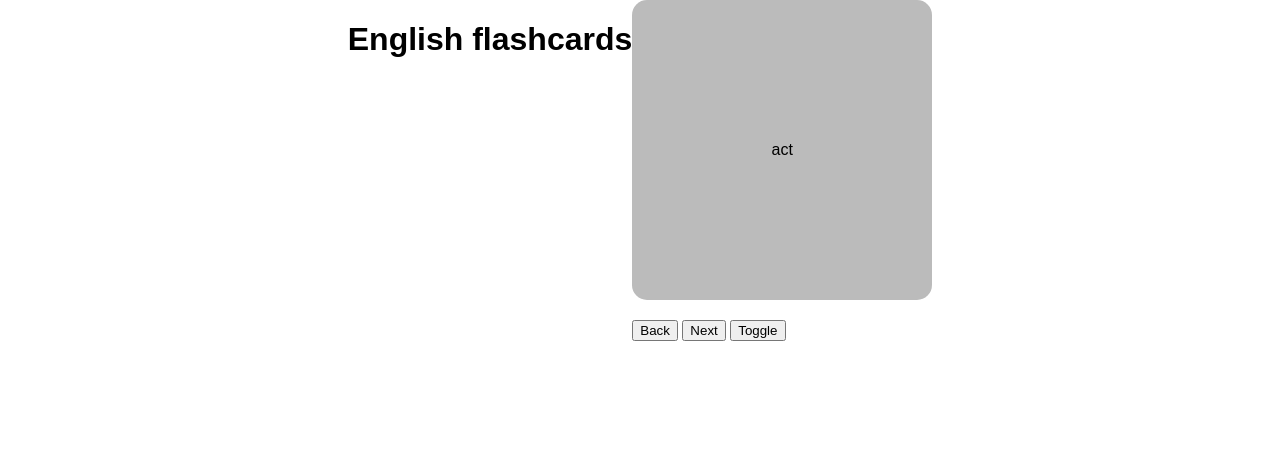
Repository: AdrianGizycki/English-Flashcards
Page: index.html
The author's editor kept a copy of each file at every save. The page is drawn from the files as they stood at one save, then again after the next save.
The browser window is 1280 px wide. The pictures show the whole page.

Above is the page before, as saved 2019-09-15 15:17:40.

### index.html
<!DOCTYPE html>
<html lang="en">
<head>
    <meta charset="UTF-8">
    <meta name="viewport" content="width=device-width, initial-scale=1.0">
    <meta http-equiv="X-UA-Compatible" content="ie=edge">
    <link rel="stylesheet" type="text/css" href="style.css">
    <title>English Flashcards</title>
</head>
<body>
    <div class="mainDiv">
        <h1> English flashcards</h1>
        <div class="flip-card">
            <div class="flip-card-inner" id="rot">
                <div class="flip-card-front">
                    <div class="divContents1"></div>
                </div>
                <div class="flip-card-back">
                    <div class="divContents2"></div>
                </div>
                </div>
            <button class="btn1">Back</button>
            <button class="btn2">Next</button>
            <button class="btn3">Toggle</button>
        </div>
    </div>

    <script src="app.js" type="text/javascript"></script>
</body>
</html>

### style.css
body {
    font-family: Arial, Helvetica, sans-serif;
    height: 100%;
    padding: 0;
    margin: 0;
    box-sizing: border-box;
  }
  .mainDiv {

    display: flex;
    justify-content: center;
    justify-items: center;
  }

  .flip-card {
    background-color: transparent;
    width: 300px;
    height: 300px;
    perspective: 1000px;
    border-radius: 5%;

  }

  .flip-card-inner {
    position: relative;
    width: 100%;
    height: 100%;
    text-align: center;
    transition: transform 1s;
    transform-style: preserve-3d;
    /* box-shadow: 0 4px 8px 0 rgba(0, 0, 0, 0.5); */
  }

  .flip-card:hover .flip-card-inner {
    transform: rotateY(180deg);
  }

  .flip-card-front,
  .flip-card-back {
    position: absolute;
    width: 100%;
    height: 100%;
    backface-visibility: hidden;
    display: flex;
    align-items: center;
    justify-content: center;
  }

  .flip-card-front {
    background-color: #bbb;
    color: black;
    border-radius: 5%;
  }

  .flip-card-back {
    background-color: #2980b9;
    color: white;
    transform: rotateY(180deg);
    border-radius: 5%;
  }

  .btn1,
  .btn2,
  .btn3 {
      margin-top: 20px;
  }

### app.js
const englishWords = ['above', 'across', 'act',]
const polishWords = ['powyżej / nad / u góry', 'przez coś', 'akt / czyn / działanie']
if (englishWords !== polishWords) {
    console.log('ok')
} else {
    console.log('not ok')
}
// const englishWords = ['above', 'across', 'act', 'ahead', 'along',]
//  'among', 'amount', 'any', 'anyone', 'appear', 'approach', 'arms', 'around', 'art', 'as', 'attack', 'attempt', 'august', 'autumn', 'away', 'base', 'bear', 'become', 'began', 'beginning', 'behind', 'believe', 'belong', 'below', 'beyound', 'bill', 'bit', 'block', 'blood', 'blow', 'board', 'bottom', 'branch', 'break', 'bridge', 'bright', 'building', 'burn', 'capital', 'carry', 'case', 'cause', 'central', 'centre', 'century', 'certain', 'certainly', 'claim', 'coat', 'common', 'complete', 'concern', 'conditio', 'consider', 'continue', 'control', 'corner', 'count'];
// const polishWords = ['powyżej / nad / u góry', 'przez coś', 'akt / czyn / działanie', 'przed', 'wzdłuż', 'między / pośród', 'ilość', 'jakikolwiek', 'nikt', 'pojawić się', 'podejście', 'herb / uzbrojony', 'wokół / dookoła / w pobliżu', 'sztuka', 'jako/ tak jak', 'atak', 'próba', 'sierpień', 'jesień', 'od /daleko / z dala / z daleka', 'podstawa', 'niedźwiedź', 'zostać', 'rozpoczął', 'początek', 'za / z tyłu', 'wierzyć', 'należeć', 'poniżej', 'poza', 'za (czymś)', 'po drugiej stronie (czegoś)', 'dalej', 'projekt ustawy', 'rachunek', 'kawałek', 'klocek', 'krew', 'cios / dmuchać / wiać', 'deska', 'dolny', 'oddział / gałąź / rozgałęzienie', 'most', 'jasny', 'budynek', 'oparzenie', 'stolica', 'nieść', 'przypadek / walizka', 'przyczyna / powód', 'centralny / środkowy', 'środek', 'wiek', 'pewny', 'rzeczywiście / z pewnością / na pewno', 'roszczenie', 'sierść / powlekać / płaszcz / okrywać cienką warstwą', 'pospolity', 'cały / całkowity / pełny', 'troska', 'warunek', 'rozważać', 'kontynuować', 'kontrola', 'róg / narożnik', 'liczba / liczyć się']
const divContents1 = document.querySelector(".divContents1");
const divContents2 = document.querySelector(".divContents2");
const btnBeck = document.querySelector(".btn1");
const btnNext = document.querySelector(".btn2");
const btnToggle = document.querySelector(".btn3");
const visCard = document.querySelector(".flip-card-front");
const unvisCard = document.querySelector(".flip-card-back");
const flipCard = document.querySelector('#rot');
const max = englishWords.length;
const min = 0


var counter = Math.floor(Math.random() * (max - min)) + min;
console.log(counter);
divContents1.innerText = englishWords[counter];
divContents2.innerText = polishWords[counter];


btnNext.addEventListener('click', function(){
    if (counter === max - 1) {
        counter = -1;
    }
    counter++;
  divContents1.innerText = englishWords[counter];
  divContents2.innerText = polishWords[counter];
  console.log(counter);

});

btnBeck.addEventListener('click', function(){
  counter--;
  if (counter === -1) {
    counter = max - 1;
  }
  divContents1.innerText = englishWords[counter];
  divContents2.innerText = polishWords[counter];
  console.log(counter);

});

// flipCard.addEventListener('click', () => {
//     console.log("test");
//     flipCard.
// });

After the next save:
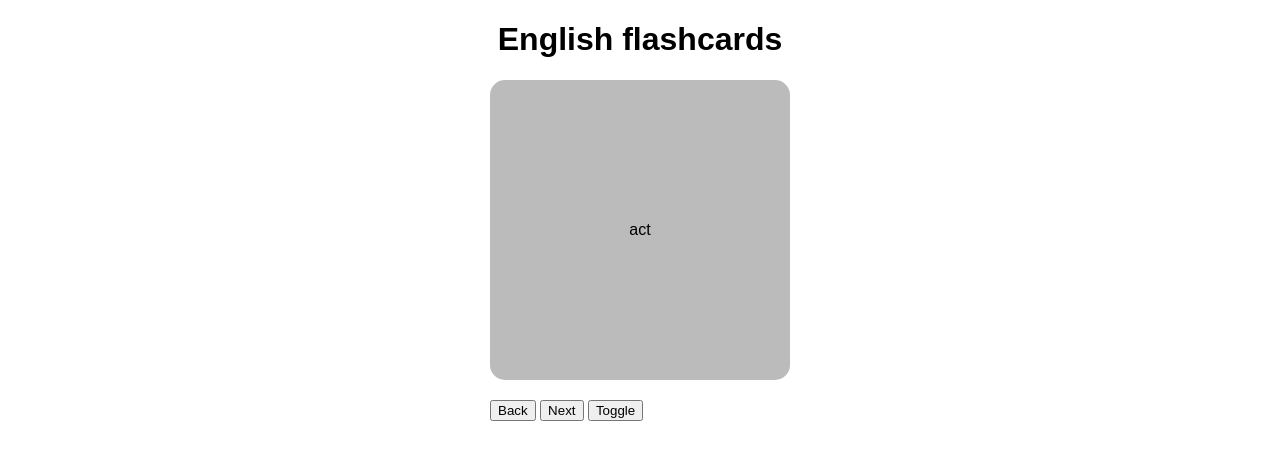
Saved 6 s later.
--- a/style.css
+++ b/style.css
@@ -6,7 +6,7 @@
     box-sizing: border-box;
   }
   .mainDiv {
-
+    he
     display: flex;
     justify-content: center;
     justify-items: center;

After the 3 saves that followed:
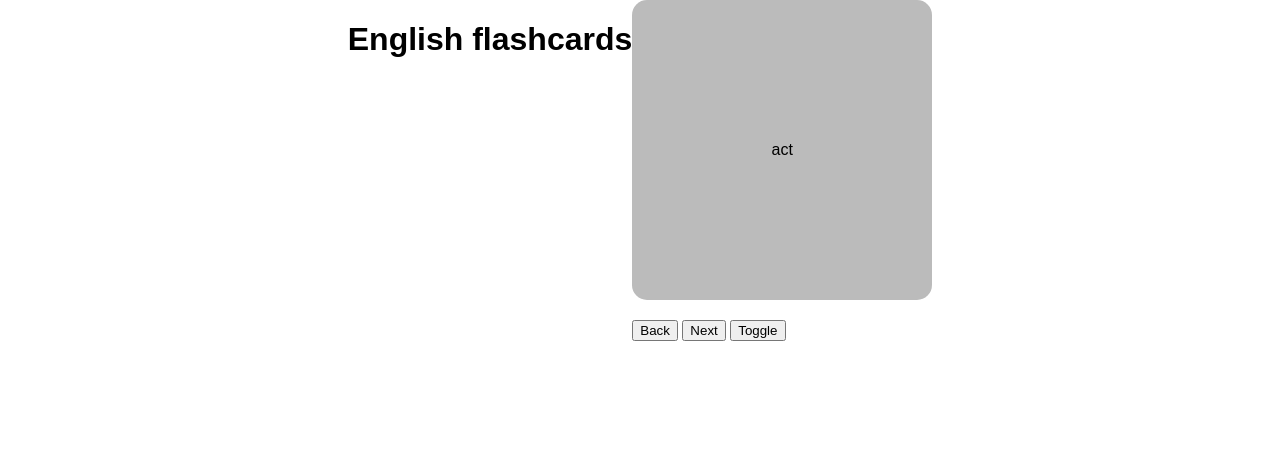
The 3 saves are shown as one change because 1 left the picture as it was and some came seconds apart.
The last was saved 15 s later.
--- a/style.css
+++ b/style.css
@@ -6,7 +6,7 @@
     box-sizing: border-box;
   }
   .mainDiv {
-    he
+    height: 100%;
     display: flex;
     justify-content: center;
     justify-items: center;
